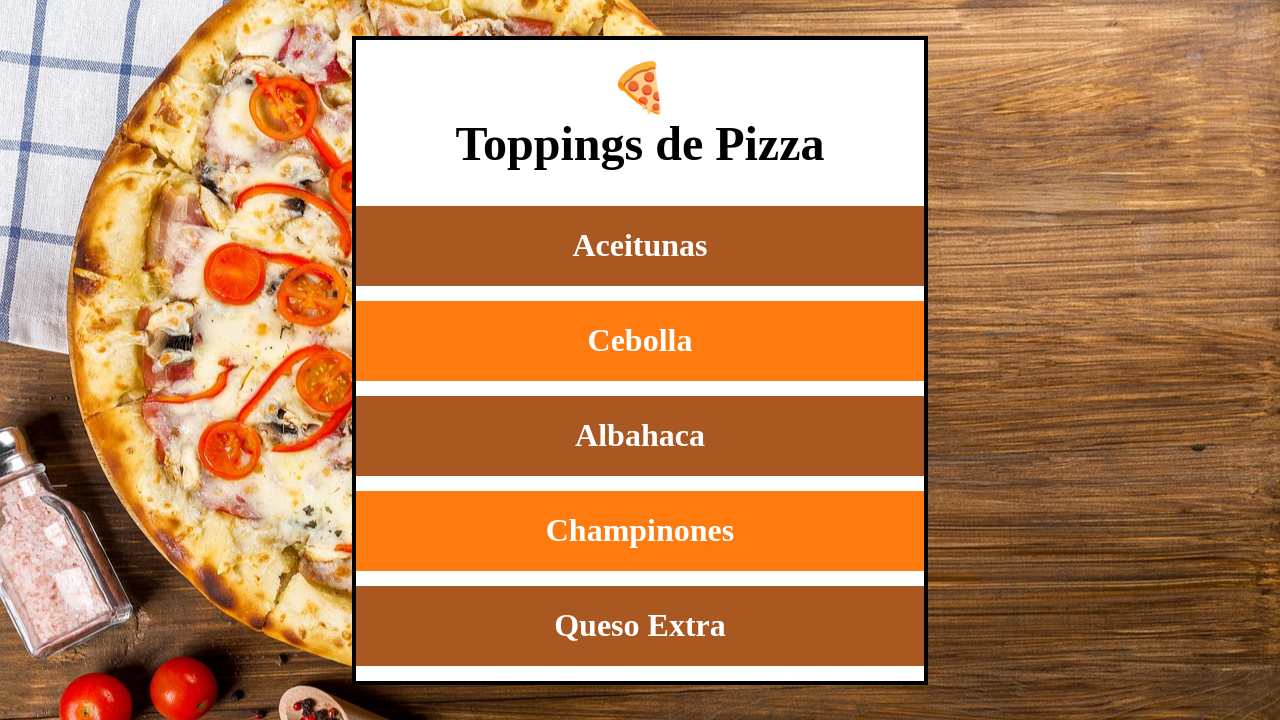
Repository: JoyMoGas/javascript-learn
Page: toppings-de-pizza/index.html
These files come from the project's save history. The page is drawn as it stood at one moment and after the next save; the edit follows.
The browser window is 1280 px wide. The pictures show the whole page.

Above is the page before, as saved 2024-05-08 22:06:08.

### toppings-de-pizza/index.html
<!DOCTYPE html>
<html lang="en">
  <head>
    <meta charset="UTF-8" />
    <meta name="viewport" content="width=device-width, initial-scale=1.0" />
    <link rel="stylesheet" href="styles.css">
    <title>Mis Toppings</title>
  </head>
  <body>
    <div id="contenedor">
      <h1 id="titulo">🍕 <br> Toppings de Pizza</h1>
      <ul id="lista-toppings">
        <li class="topping fondo-marron" id="aceitunas">Aceitunas</li>
        <li class="topping fondo-naranja">Cebolla</li>
        <li class="topping fondo-marron" id="Albahaca">Albahaca</li>
        <li class="topping fondo-naranja">Champinones</li>
      </ul>
    </div>


    <script src="app.js"></script>
  </body>
</html>

### toppings-de-pizza/styles.css
/* Estilos generales */

* {
  margin: 0;
  padding: 0;
  box-sizing: border-box;
  font-display: 'Lato', sans-sherif;
}

body {
  display: flex;
  justify-content: center;
  align-items: center;
  height: 100vh;
  text-align: center;
  background: url(imagenes/pizza.jpg) no-repeat center/cover;
}

/* Contenido */

#contenedor {
  display: flex;
  flex-wrap: wrap;
  justify-content: center;
  align-items: center;
  min-height: 80vh;
  width: 80vh;
  max-width: 600px;
  background-color: white;
  border: 4px solid black;
}

h1 {
  font-size: 3rem;
  width: 100%;
  margin: 20px 10px;
}

ul {
  width: 100%;
  height: 100%;
}

.topping {
  font-size: 2rem;
  font-weight: bold;
  color: white;
  display: flex;
  flex-wrap: wrap;
  justify-content: center;
  align-items: center;
  width: 100%;
  height: 80px;
  margin: 15px 0;
}

.fondo-marron {
  background-color: #aa5822;
}

.fondo-naranja {
  background-color: #ff7b0f;
}

.texto-verde {
  color: rgb(2, 190, 2);
}

### toppings-de-pizza/app.js
/*
const primerTopping = document.querySelector('.topping');

console.log(primerTopping.style);
* Cambiando el estilo con javascript
primerTopping.style.backgroundColor = 'blue';
primerTopping.style.color = '#6dff00';
primerTopping.style.textTransform = 'uppercase';
*/

// const listaDeToppings = document.getElementById('lista-toppings')
// innerText - textContent -> retorna texto
// innerHTML -> retorna los elementos HTML

/*
* Modificar contenido de elemento
const titulo = document.getElementById('titulo');
titulo.innerText = 'Mis Toppings Favoritos';
*/

const enlaces = document.getElementsByTagName('a')
// console.log(enlaces[0].getAttribute('href')) // * removeAttribute
// console.log(enlaces[0].getAttribute('href', 'Modificar el atributo'))

/*
* AGREGAR/MODIFICAR CLASES
const primerTopping = document.querySelector('.topping');
primerTopping.classList.add('texto-verde');
console.log(primerTopping.classList);

*/
/*
* Verificar si clase existe
const primerTopping = document.querySelector('.topping');

console.log(primerTopping.classList.contains('fondo-marron'));

 */

/*
* Eliminar una clase
const primerTopping = document.querySelector('.topping');
primerTopping.classList.remove('topping');
console.log(primerTopping.classList);

*/

/*
* Agregar un elemento
*/
const listaDeToppings = document.getElementById('lista-toppings');

const toppingNuevo = document.createElement('li');

toppingNuevo.classList.add('topping', 'fondo-marron');
toppingNuevo.innerText = 'Queso Extra';

listaDeToppings.append(toppingNuevo);

After the next save:
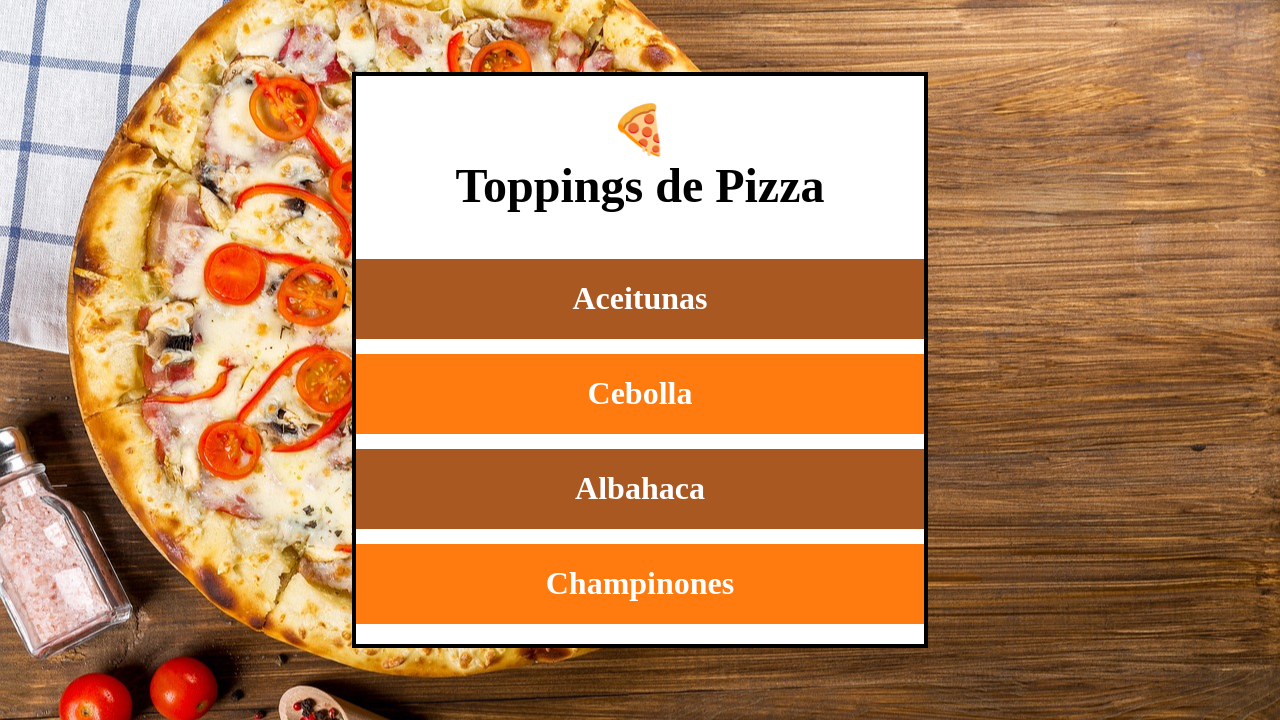
Saved 25 s later.
--- a/toppings-de-pizza/app.js
+++ b/toppings-de-pizza/app.js
@@ -56,3 +56,5 @@ toppingNuevo.classList.add('topping', 'fondo-marron');
 toppingNuevo.innerText = 'Queso Extra';
 
 listaDeToppings.append(toppingNuevo);
+
+toppingNuevo.remove()

After the save that followed:
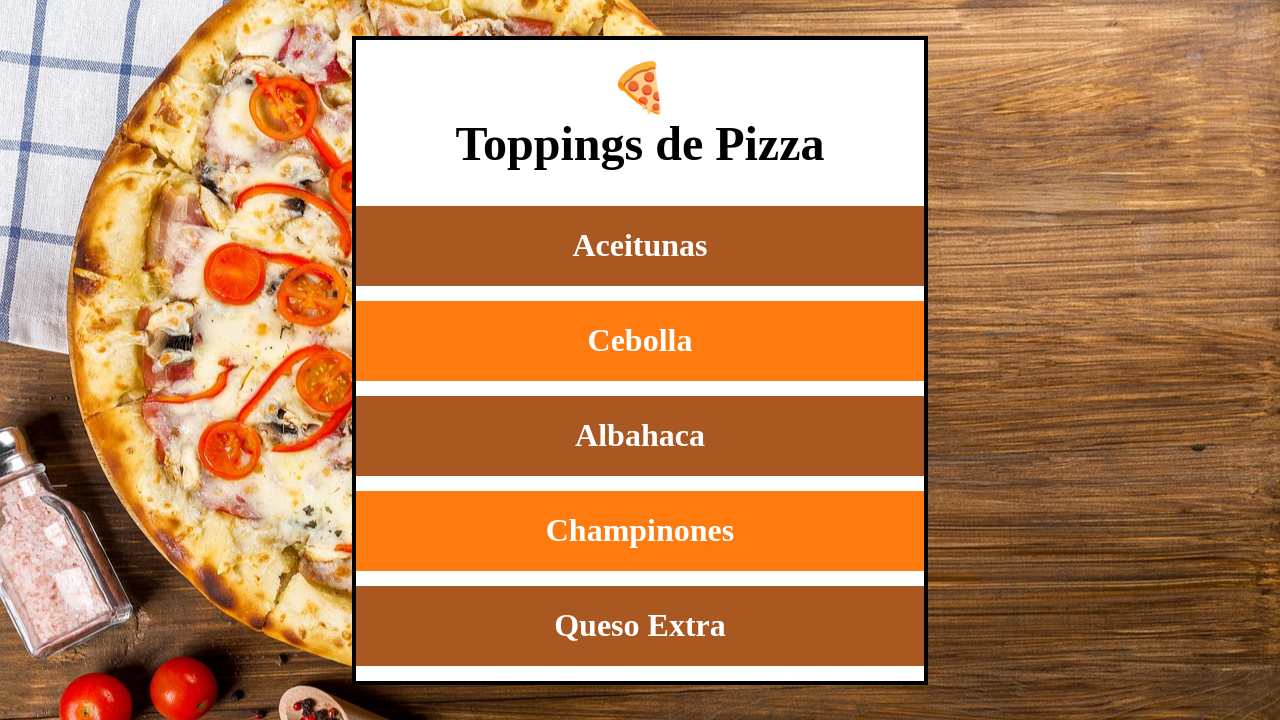
Saved 77 s later.
--- a/toppings-de-pizza/app.js
+++ b/toppings-de-pizza/app.js
@@ -46,8 +46,7 @@ console.log(primerTopping.classList);
 */
 
 /*
-* Agregar un elemento
-*/
+* Agregar y modificar un elemento
 const listaDeToppings = document.getElementById('lista-toppings');
 
 const toppingNuevo = document.createElement('li');
@@ -58,3 +57,14 @@ toppingNuevo.innerText = 'Queso Extra';
 listaDeToppings.append(toppingNuevo);
 
 toppingNuevo.remove()
+
+*/
+
+const listaDeToppings = document.getElementById('lista-toppings');
+
+const toppingNuevo = document.createElement('li');
+
+toppingNuevo.classList.add('topping', 'fondo-marron');
+toppingNuevo.innerText = 'Queso Extra';
+
+listaDeToppings.appendChild(toppingNuevo);
